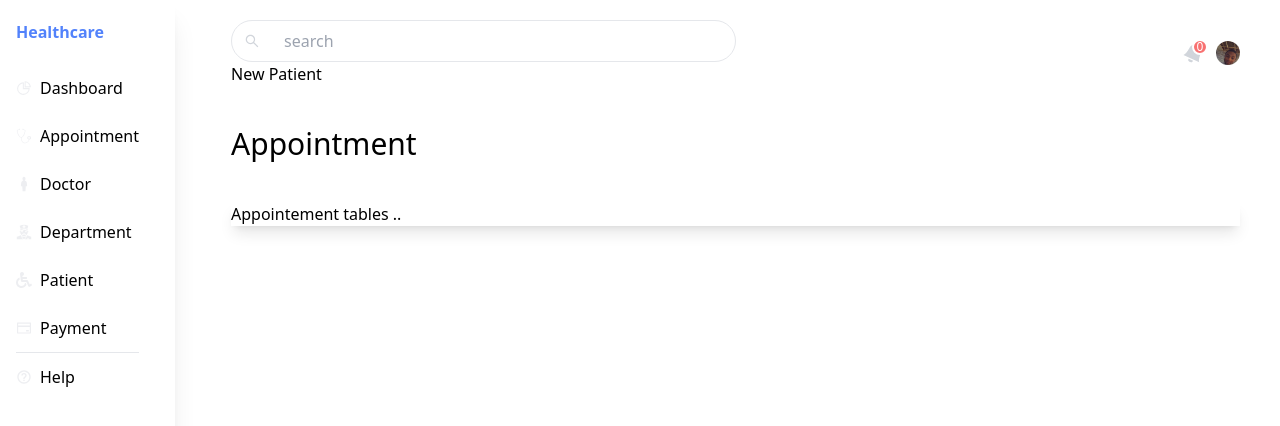
Repository: hisreal123/healthcare-dashboard
Page: /appointment
The author's editor kept a copy of each file at every save. The page is drawn from the files as they stood at one save, then again after a run of saves.
The browser window is 1280 px wide. The pictures show the whole page.
The project was rebuilt for these pictures with package versions that can differ from the ones it lists, and the page was loaded fresh each time. Also part of the build but not shown: vite.config.ts, src/routes/Error.tsx, src/views/Dashboard.tsx, src/views/Doctor.tsx, src/views/Department.tsx, components/tables/PatientsTable.tsx, src/views/Patient.tsx, src/views/Payment.tsx and 1 more.

Above is the page before, as saved 2023-05-05 19:32:34.

### src/main.tsx
import React from 'react'
import ReactDOM from 'react-dom/client'
import App from './App.tsx'
import './index.css'


ReactDOM.createRoot(document.getElementById('root') as HTMLElement).render(
  <React.StrictMode>
    <App />
  </React.StrictMode>,
)

### src/App.tsx
import React from "react"
import {
  createBrowserRouter,
  RouterProvider,
} from "react-router-dom";
import Navigation from "../components/Navigation";
import Error from "./routes/Error";
import Dashboard from "./views/Dashboard";
import Appointment from "./views/Appointment";
import Doctor from "./views/Doctor";
import Department from "./views/Department";
import Patient from "./views/Patient";
import Payment from "./views/Payment";
import Help from "./views/Help";
import { Provider } from "react-redux";
import store from '../redux/store';

const router = createBrowserRouter([
  {
    path: "/",
    element: <Navigation />,
    errorElement: <Error />,

    children: [
      {
        path: "/dashboard",
        element: <Dashboard />,
      },
      {
        path: "/appointment",
        element: <Appointment />,
      },
      {
        path: "/doctor",
        element: <Doctor />,
      },
      {
        path: "/department",
        element: <Department />,
      },
      {
        path: "/patient",
        element: <Patient />,
      },
      {
        path: "/payment",
        element: <Payment />,
      },
      {
        path: "/help",
        element: <Help />,
      },
    ]

  }
]);



function App() {
  return (
    <Provider store={store}>
      <RouterProvider router={router} />
    </Provider>
  )
}

export default App

### components/Navigation.tsx
import { Outlet } from "react-router-dom";
import { list } from "../src/data/Links";

export default function Navigation() {

    return (
        <>
            <section className="flex space-x-4">
                <div id="sidebar" className="  h-screen shadow-xl group">
                    <div className="px-4 ">

                        {/* logo */}
                        <div >
                            <h1 className="py-5 text-[#5282FB] font-bold">Healthcare</h1>
                        </div>

                        {/* nav */}
                        <nav className="relative pr-5 ">
                            <ul className="relative">
                                {list.map((list, index) => {
                                    return (
                                        <li key={index} className="flex space-x-2 items-center py-3 last:border-t ">
                                            <span className="text-gray-200/70 text-md ">{list.icon}</span>
                                            <a href={`./${list.link}`} className="focus:text-[#5282FB] ">{list.name}</a>
                                        </li>
                                    )
                                })}
                            </ul>
                        </nav>
                    </div>
                </div>
                <div id="detail" className="relative w-full"><Outlet /></div>
            </section>
        </>
    );
}

### src/views/Appointment.tsx
import React from 'react'
import ProfileHeader from '../../components/holders/ProfileHeader'
import AppointmentTable from '../../components/tables/AppointementTable'

function Appointment() {
    return (
        <>
            <section
                className=" px-10 pt-5 w-full relative">
                <ProfileHeader />

                <main className="div mt-10">
                    <h1 className='lg:text-3xl'> Appointment</h1>
                    <AppointmentTable  />
                </main>
            </section>
        </>
    )
}

export default Appointment

### redux/store.js
import { configureStore } from "@reduxjs/toolkit";
import AppointmentReducer from "./slices/Appointment";
import patientsReducer from "./slices/Patient";



const store = configureStore({
    reducer : {
        appointments:  AppointmentReducer,
        patients:  patientsReducer,
    }
})


export default store

### src/data/Links.tsx
import { Home, BarChart2 } from 'react-feather';
import { GiStethoscope, GiPerson, GiNurseMale } from 'react-icons/gi'
import { FaWheelchair } from 'react-icons/fa'
import { AiOutlineCreditCard, AiOutlinePieChart } from 'react-icons/ai'
import { BiHelpCircle } from 'react-icons/bi'


type Class  = {
    id: number,
    icon: any,
    name:  string,
    link: string
}


export const list: Class[]= [
    {
        id: 1,
        icon: <AiOutlinePieChart />,
        name: 'Dashboard',
        link: './dashboard',
    },
    {
        id: 2,
        icon: <GiStethoscope />,
        name: 'Appointment',
        link: './Appointment',
    },
    {
        id: 3,
        icon: <GiPerson />,
        name: 'Doctor',
        link: './doctor',
    },
    {
        id: 4,
        icon: <GiNurseMale />,
        name: 'Department',
        link: './department',
    },
    {
        id: 5,
        icon: <FaWheelchair />,
        name: 'Patient',
        link: './patient',
    },
    {
        id: 6,
        icon: <AiOutlineCreditCard />,
        name: 'Payment',
        link: './payment',
    },
    {
        id: 7,
        icon: <BiHelpCircle />,
        name: 'Help',
        link: './help',
    },
]

### components/holders/ProfileHeader.tsx
import React from 'react'
import SearchBar from '../Misc/SearchBar'
import AddNew from '../Misc/AddButton'
import { BsFillBellFill } from 'react-icons/bs'



type ImageWrapperProp = {
    ImageWrapperStyle?: string
}
export const ImageWrapper = ({ ImageWrapperStyle }: ImageWrapperProp) => {
    return (
        <>
            <div className={` ${ImageWrapperStyle} cursor-pointer h-6 w-6 overflow-hidden rounded-full bg-black hover:h-6 hover:w-6`}>
                <img src='./profile.jpg' alt="" className='object-center ' />
            </div>
        </>
    )
}


export default function ProfileHeader() {

    const count = 0
    return (
        <>
            <section className='flex items-center justify-between relative w-full'>

                {/* left */}
                <div className="left w-1/2">
                    <SearchBar />
                    <AddNew title='New Patient' />
                </div>

                {/* right */}
                <div className="right flex  items-center space-x-3">

                    <span className='relative group'>
                        <BsFillBellFill className=" cursor-pointer text-xl text-gray-300 rotate-[25deg] group-hover:text-gray-400" />
                        <span className=" cursor-pointer absolute -top-1 -right-1 text-xs text-white border-2 border-white  bg-red-400  group-hover:bg-red-600 rounded-full h-4 w-4  flex items-center  justify-center">
                            {count}
                        </span>
                    </span>


                    <ImageWrapper ImageWrapperStyle='' />
                </div>
            </section>
        </>
    )
}

### components/tables/AppointementTable.tsx
import React from 'react'



type AppointmentTableProps = {
    tableStyle?: string
}


export default function Appointement({ tableStyle }: AppointmentTableProps) {
    return (
        <>
            <section className={`${tableStyle} mt-10 bg-white shadow-lg`}>
                <h1> Appointement tables ..</h1>
            </section>
        </>
    )
}

### redux/slices/Appointment.js
import { createSlice } from "@reduxjs/toolkit";
import { sub } from "date-fns";

// const GENDER =  'M' || 'F',

// const userType = {
//     id: String,
//     name: String,
//     gender: String,
//     age: Number,
//     email:String
// }


const initialState = [

]



const appointmentsSlice = createSlice({
    name: 'appointments',
    initialState,
    reducers : {
        createAppointment (state, action ){
            state.push(action.payload)
        }
    }
})


export const createAppointment = appointmentsSlice.actions
export default appointmentsSlice.reducer

### redux/slices/Patient.js
import { createSlice } from "@reduxjs/toolkit";

const initialState = [
    {
        id:'1',
        image: '../profile.jpg',
        name: 'Lexis Alexandra',
        gender: 'M',
        age: 34,
        email: 'alex@gmail.com'
    },
    {
        id:'2',
        image: '../profile.jpg',
        name: 'Ronald Richard',
        gender: 'F',
        age: 40,
        email: 'Ronald@outlook.com'
    },
];

const patientsSlice = createSlice({
    name: 'patients',
    initialState,
    reducers: {
        addPatient(state, action) {
            state.push(action.payload);
        },
    },
});

export const selectAllPatient = (state) => state.patients;
export const { addPatient } = patientsSlice.actions;
export default patientsSlice.reducer;

### components/Misc/SearchBar.tsx
import React from 'react'
import { AiOutlineSearch } from 'react-icons/ai'

type SearchProps = {
    SearchStyle?: string
}

export default function SearchBar({ SearchStyle }: SearchProps) {
    const [name, setName] = React.useState('');



    const handleSearchClicked = (e: any) => {
        setName(e.target.value)
        console.log(name)
    }

    const handleFormSearch = (e: any) => {
        e.preventDefault()
        console.log(name)

        setName('')
    }
    return (
        <>
            <div className="search flex rounded-3xl overflow-hidden border items-center  ">
                <form className='flex items-center' onSubmit={handleFormSearch}>
                    <span className='px-3 relative'>
                        <AiOutlineSearch className="text-gray-300" onClick={handleSearchClicked} />
                    </span>
                    <input
                        type="text"
                        placeholder='search'
                        className={`${SearchStyle}  outline-none w-full py-2 pl-3 `}
                        aria-expanded
                        value={name}
                        onChange={handleSearchClicked}
                    />
                </form>
            </div>
        </>
    )
}

### components/Misc/AddButton.tsx
import React from 'react'
import { AiOutlinePlus } from 'react-icons/ai'

type AddButtonProps = { btnStyle: string, title: string }


export default function AddNew({ btnStyle, title }: AddButtonProps) {
    return (
        <button type='button' className={`${btnStyle} `}>

            {title}
        </button>
    )
}

### tailwind.config.js
/** @type {import('tailwindcss').Config} */
export default {
   content: [
    "./index.html",
    "./src/**/*.{js,ts,jsx,tsx}",
    "./components/**/*.{js,ts,jsx,tsx}",
  ],
  theme: {
    extend: {},
  },
  plugins: [],
}

Loaded but not shown: index.html (common file); src/index.css (common file)

After the next 5 saves:
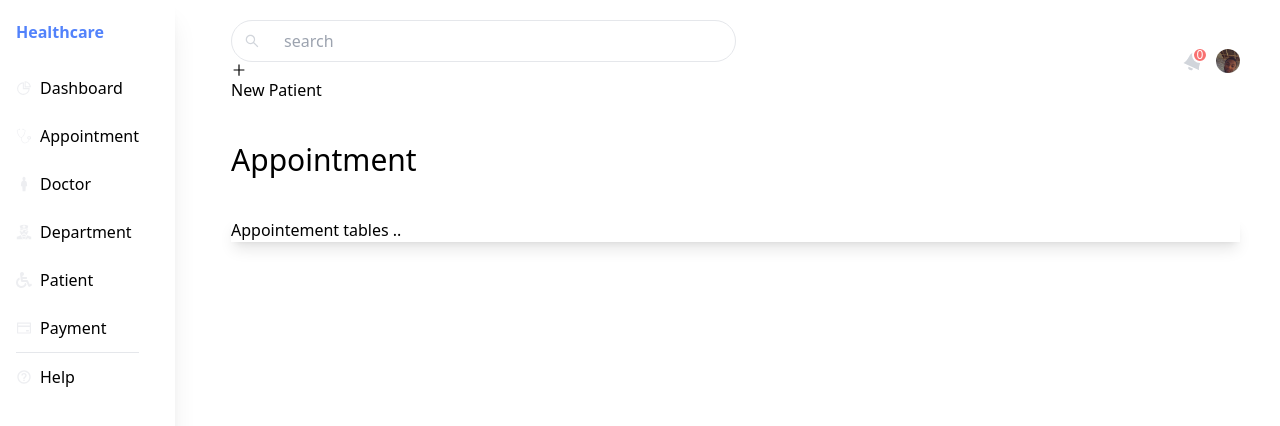
The 5 saves are shown as one change because they came seconds apart.
The last was saved 16 s later.
--- a/components/Misc/AddButton.tsx
+++ b/components/Misc/AddButton.tsx
@@ -7,7 +7,7 @@
 export default function AddNew({ btnStyle, title }: AddButtonProps) {
     return (
         <button type='button' className={`${btnStyle} `}>
-
+            <AiOutlinePlus className="" />
             {title}
         </button>
     )

After the 3 saves that followed:
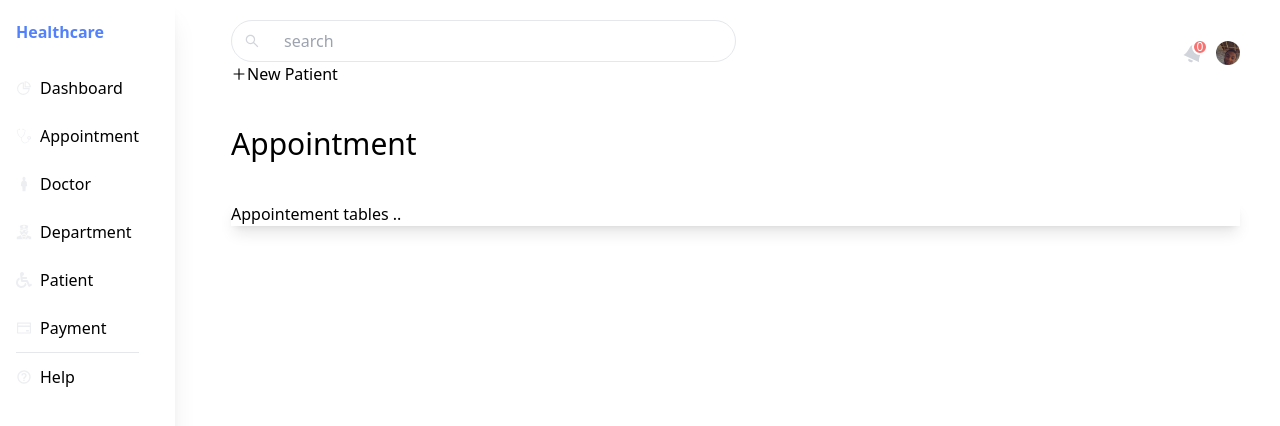
The 3 saves are shown as one change because they came seconds apart.
The last was saved 14 s later.
--- a/components/Misc/AddButton.tsx
+++ b/components/Misc/AddButton.tsx
@@ -6,7 +6,7 @@
 
 export default function AddNew({ btnStyle, title }: AddButtonProps) {
     return (
-        <button type='button' className={`${btnStyle} `}>
+        <button type='button' className={`${btnStyle} flex items-center `}>
             <AiOutlinePlus className="" />
             {title}
         </button>
